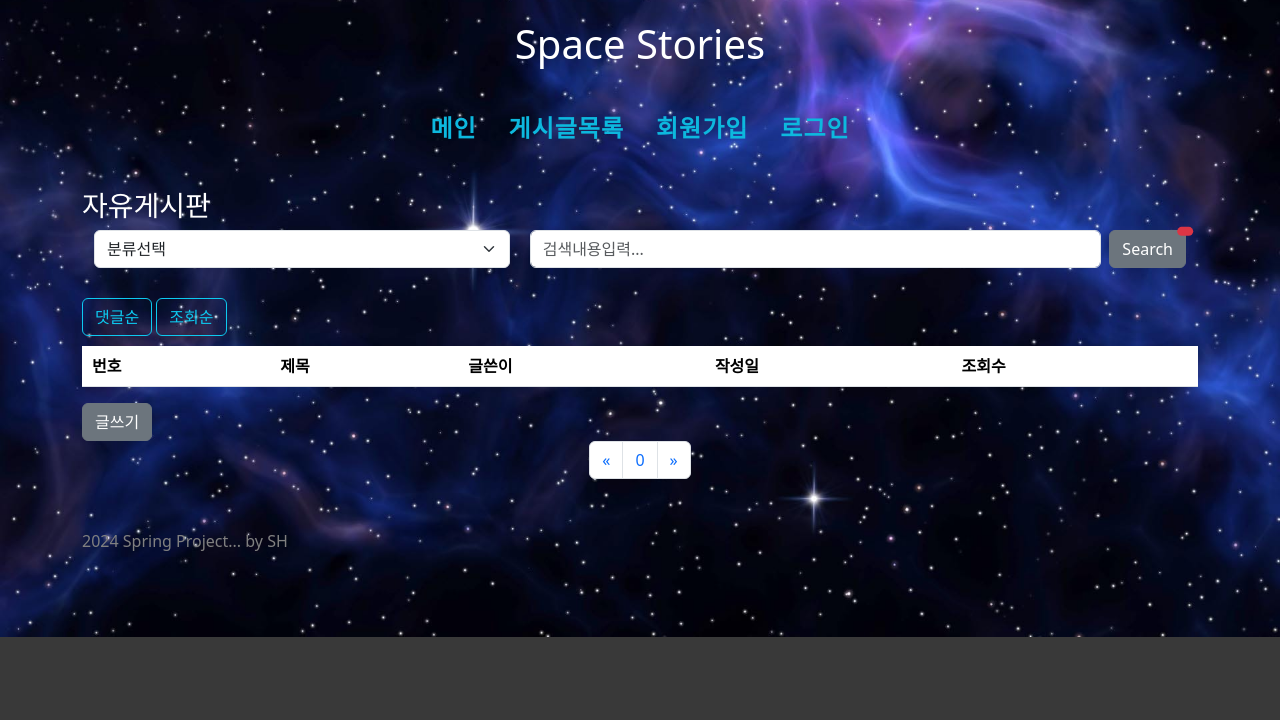
Repository: dtkd19/spring_personal_project
Page: http://localhost/myproject/WEB-INF/views/board/list.jsp
An editor plug-in stored every save of this project. The page is shown before and after the next save, followed by the edit.
The browser window is 1280 px wide. The pictures show the whole page.
The page is served by Tomcat 9. Nobody is signed in. The template is opened directly, without the code that normally fills it, so the values that code supplies are empty.

Above is the page before, as saved 2024-11-08 08:38:40.

After the next save:
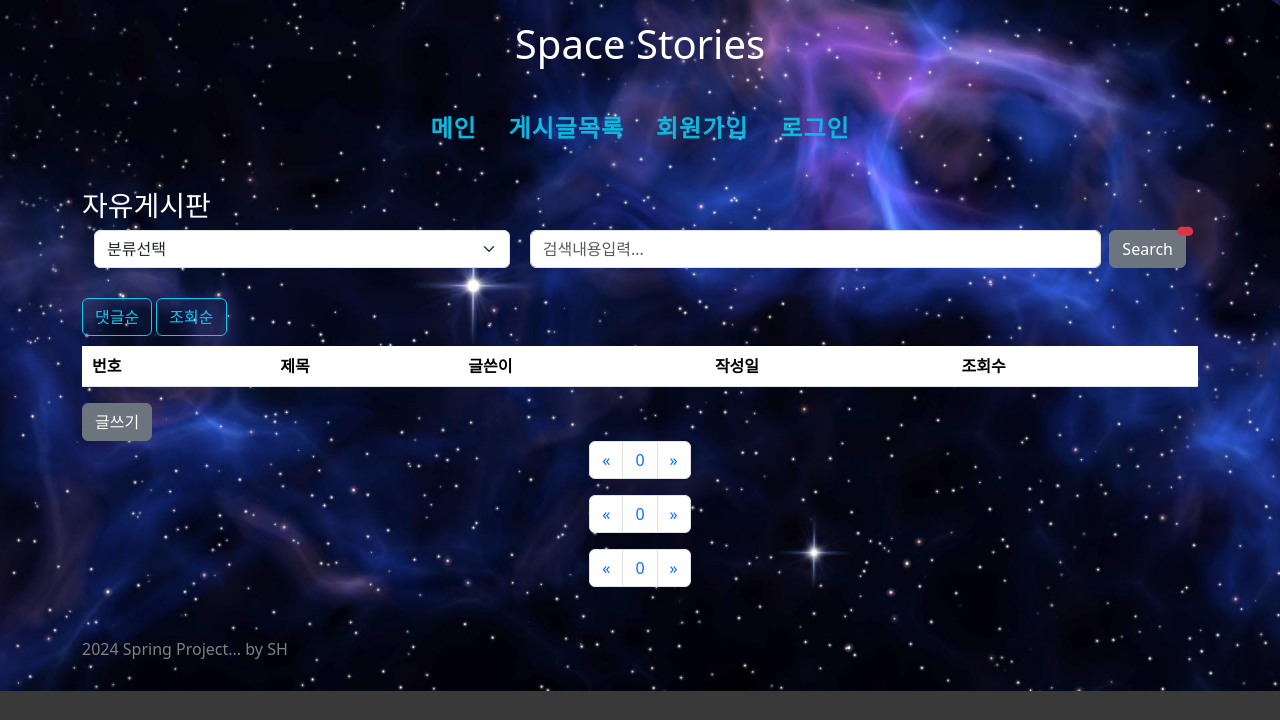
Saved 12 min 8 s later.
--- a/myproject/src/main/webapp/WEB-INF/views/board/list.jsp
+++ b/myproject/src/main/webapp/WEB-INF/views/board/list.jsp
@@ -83,6 +83,32 @@
 			</a></li>
 		</ul>
 	</nav>
+	<nav aria-label="Page navigation example">
+		<ul class="pagination justify-content-center">
+			<li class="page-item ${ph.prev eq false ? 'disabled' : '' }"><a class="page-link" href="/board/list?pageNo=${ph.startPage-1 }&qty=${ph.pgvo.qty}&type=${ph.pgvo.type}&keyword=${ph.pgvo.keyword}"
+				aria-label="Previous"> <span aria-hidden="true">&laquo;</span>
+			</a></li>
+			<c:forEach begin="${ph.startPage }" end="${ph.endPage }" var = "i">
+			<li class="page-item ${ph.pgvo.pageNo eq i ? 'active' : '' } "><a class="page-link" href="/board/list?pageNo=${i } &qty=${ph.pgvo.qty}&type=${ph.pgvo.type}&keyword=${ph.pgvo.keyword}">${i }</a></li>
+			</c:forEach>
+			<li class="page-item ${ph.next eq false ? 'disabled' : '' }"><a class="page-link" href="/board/list?pageNo=${ph.endPage+1 }&qty=${ph.pgvo.qty}&type=${ph.pgvo.type}&keyword=${ph.pgvo.keyword}"
+				aria-label="Next"> <span aria-hidden="true">&raquo;</span>
+			</a></li>
+		</ul>
+	</nav>
+	<nav aria-label="Page navigation example">
+		<ul class="pagination justify-content-center">
+			<li class="page-item ${ph.prev eq false ? 'disabled' : '' }"><a class="page-link" href="/board/list?pageNo=${ph.startPage-1 }&qty=${ph.pgvo.qty}&type=${ph.pgvo.type}&keyword=${ph.pgvo.keyword}"
+				aria-label="Previous"> <span aria-hidden="true">&laquo;</span>
+			</a></li>
+			<c:forEach begin="${ph.startPage }" end="${ph.endPage }" var = "i">
+			<li class="page-item ${ph.pgvo.pageNo eq i ? 'active' : '' } "><a class="page-link" href="/board/list?pageNo=${i } &qty=${ph.pgvo.qty}&type=${ph.pgvo.type}&keyword=${ph.pgvo.keyword}">${i }</a></li>
+			</c:forEach>
+			<li class="page-item ${ph.next eq false ? 'disabled' : '' }"><a class="page-link" href="/board/list?pageNo=${ph.endPage+1 }&qty=${ph.pgvo.qty}&type=${ph.pgvo.type}&keyword=${ph.pgvo.keyword}"
+				aria-label="Next"> <span aria-hidden="true">&raquo;</span>
+			</a></li>
+		</ul>
+	</nav>
 
 
 
